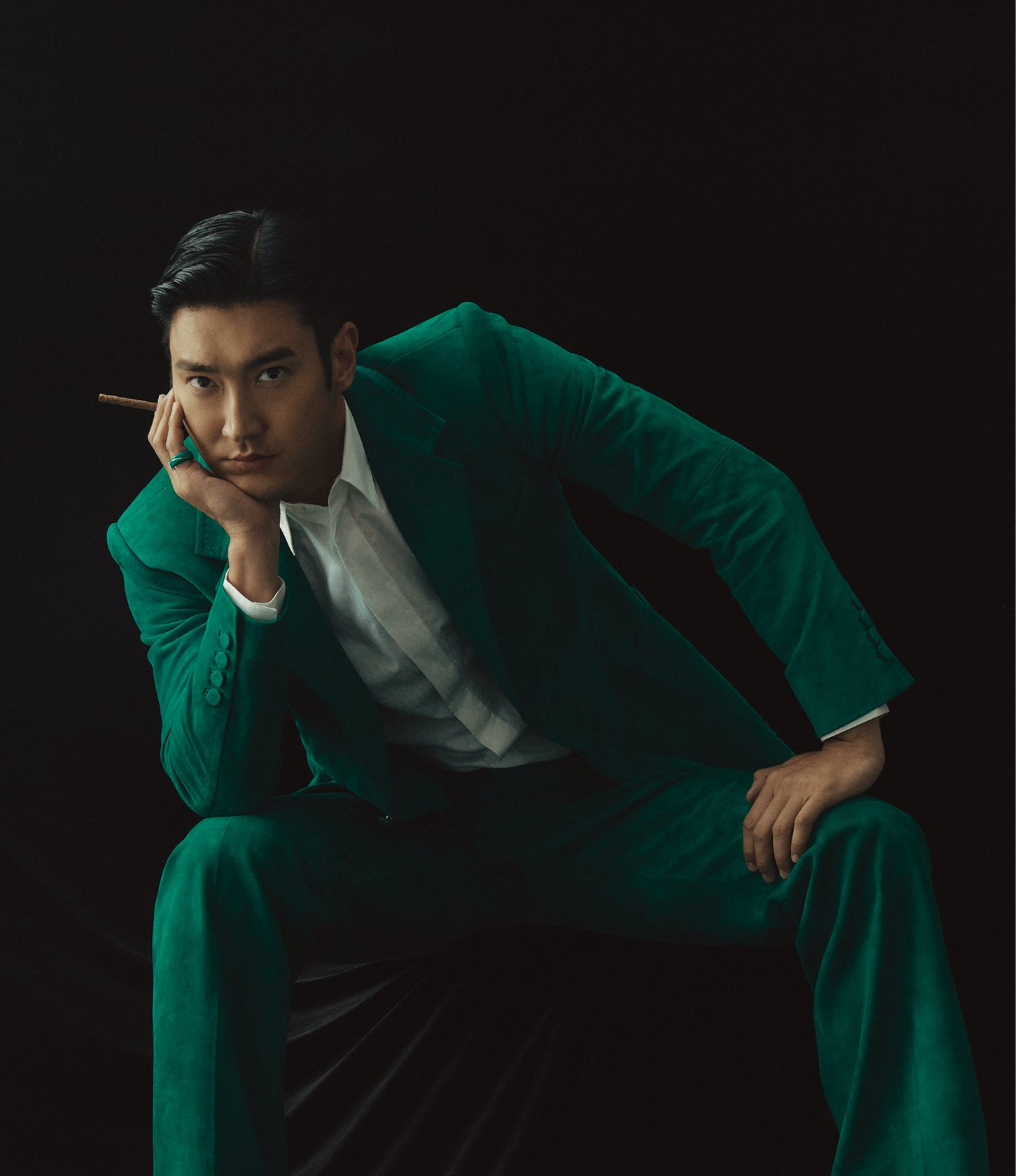
Repository: AleAedo/ReactProyectos1
Page: / (app in testimonios/)
An editor plug-in stored every save of this project. The page is shown before and after the next save, followed by the edit.
The browser window is 1280 px wide. The page is 1451 px wide, so the pictures cover 1451 px, including what lies to the right of the window. The pictures show the part of the page from y = 0 to 1680 px (the page is 2192 px tall before and 2312 px after), at 70% of full size.
The project was rebuilt for these pictures with package versions that can differ from the ones it lists, and the page was loaded fresh each time.

Above is the page before, as saved 2022-08-09 19:57:23.

### testimonios/src/App.js
import logo from './logo.svg';
import './App.css';
import Testimonio from './componentes/Testimonio';

function App() {
  return (
    <div className="App">
      <Testimonio/>
    </div>
  );
}

export default App;

### testimonios/src/App.css
* {
   margin: 0;
   padding: 0;
  }
  html,
  body {
    font-size: 18px;
    background-color: #f5f6f7;
  }
  h1 {
    max-width: 940px;
    font-size: 2,5 em;
    font-family: Lato, sans-serif;
    font-weight: 700;
    line-height: 1.1;
    margin: 40PX 0;
  }

### testimonios/src/componentes/Testimonio.js
import React from "react";

function Testimonio() {
    return  (
      <div className='contenedor-testimonio'>
      <img
      className='imagen-testimonio'
      src={require('../imagenes/testimonio-siwon.jpg') }
      alt='Foto de siwon'/>
      <div className='contenedor-texto-testimonio'>
        <p className='nombre-testimonio'> Siwon en Revista</p>
        <p className='cargo-testimonio'> Modelo de Grupo</p>
        <p className='texto-testimonio'> le va bien en la revista xxxx quién no la tiene?   </p>
      </div>
      </div>
    );
}
export default Testimonio;

Loaded but not shown: testimonios/public/index.html (common file); testimonios/src/index.js (common file); testimonios/src/index.css (common file)

After the next save:
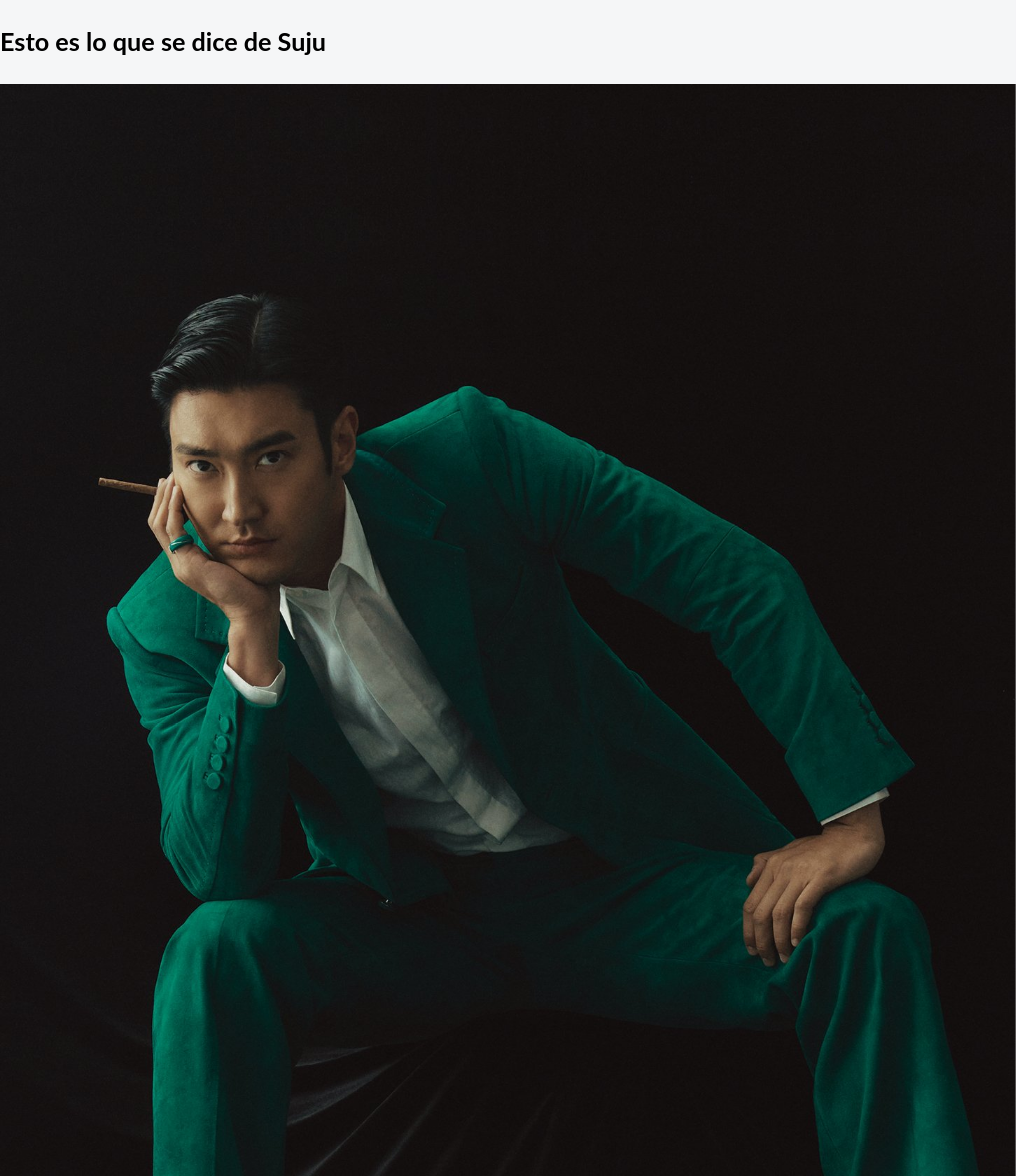
Saved 4 min 55 s later.
--- a/testimonios/src/App.js
+++ b/testimonios/src/App.js
@@ -5,7 +5,11 @@
 function App() {
   return (
     <div className="App">
+      <div className='contenedor-principal'>
+        <h1>Esto es lo que se dice de Suju</h1>
       <Testimonio/>
+      </div>
+
     </div>
   );
 }
